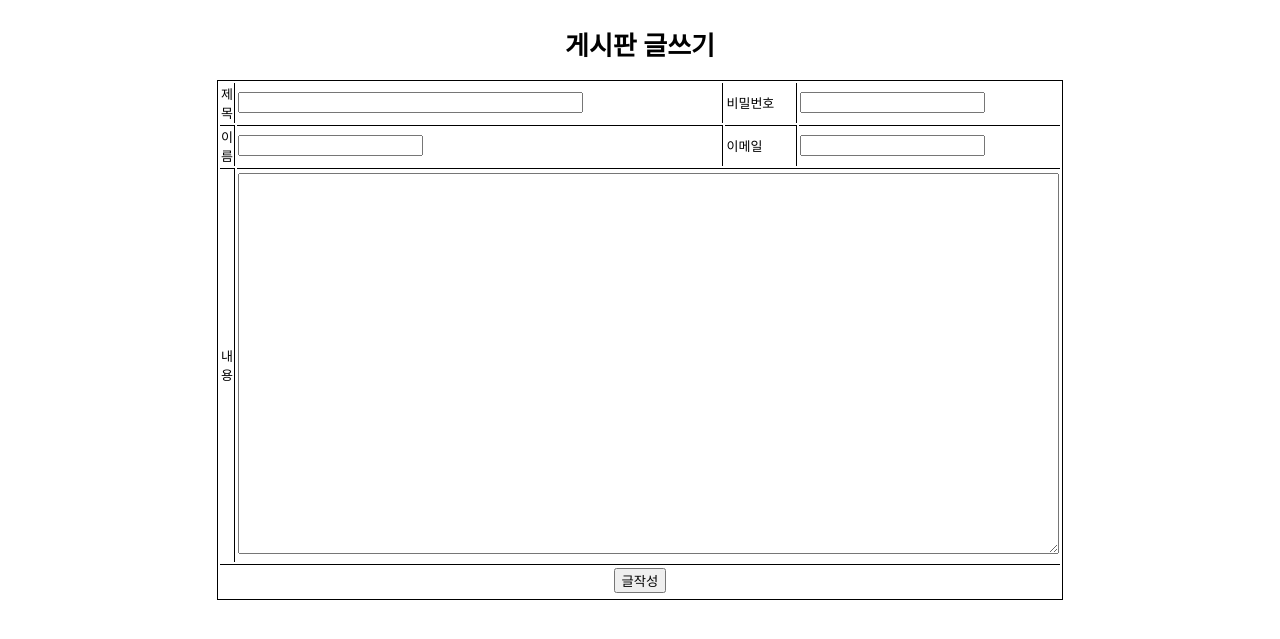
Repository: shbaksa/study
Page: http://localhost/mw_0617/test/write.jsp
These files come from the project's save history. The page is drawn as it stood at one moment and after the next save; the edit follows.
The browser window is 1280 px wide. The pictures show the whole page.
The page is served by Tomcat 9.

Above is the page before, as saved 2022-06-17 05:42:04.

### mw_0617/src/main/webapp/test/write.jsp
<%@ page language="java" contentType="text/html; charset=UTF-8"
    pageEncoding="UTF-8"%>
<!DOCTYPE html>
<html>
<head>
<meta charset="UTF-8">
<title>Insert title here</title>
<style>

table {
		border : 1px solid black;
		font-size : 13px;
	}
	td {
		border-right : 1px solid black;
		border-top : 1px solid black;
	}
	td:last-child {
		border-right : none;
	}
	tr {
		border-top : 1px solid black;
		border-bottom : 1px solid black;
	}
</style>

<script>
	function al() {

		if (!document.pkc.title.value){
			alert("제목빈칸");
			document.pkc.name.focus();
			return false;

		}

		else if(!document.pkc.mail.value){

			alert("메일빈칸");
			document.pkc.mail.focus();
			return false;
		}


	}

</script>
</head>
<body>

	<form name="pkc" method="post" action="write_ok.jsp" onsubmit="return al()">
	<table width="800" height="520" align="center">
	<caption><h1>게시판 글쓰기 </h1></caption>
	<tr> <!-- 4 -->
	<td style="border-top:none;" width="100" height="30">제목</td>
	<td style="border-top:none;"><input type="text" name="title" size="40" ></td>
	<td style="border-top:none;">비밀번호</td>
	<td style="border-top:none;"><input type="password" name="pwd"></td>
	</tr>
	<tr> <!-- 4 -->
	<td height="30">이름</td>
	<td><input type="text" name="name"> </td>
	<td>이메일</td>
	<td><input type="text" name="mail"> </td>
	</tr>
	<tr> <!-- 2 -->
	<td>내용</td>
	<td colspan="3"><textarea cols="100" rows="25" name="content"> </textarea></td>
	</tr>
	<tr> <!-- 1 -->
	<td colspan="4" height="30" align="center"><input type="submit" value="글작성"></td>
	</tr>
	</table>
	</form>

</body>
</html>

After the next save:
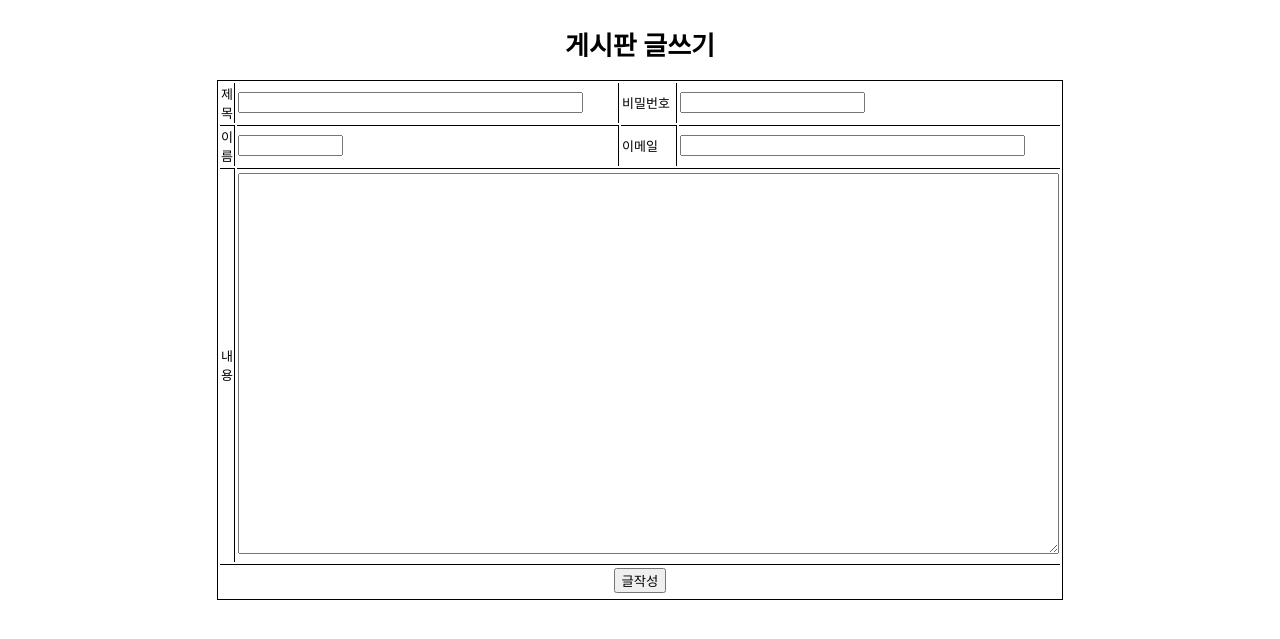
Saved 17 s later.
--- a/mw_0617/src/main/webapp/test/write.jsp
+++ b/mw_0617/src/main/webapp/test/write.jsp
@@ -59,9 +59,9 @@ table {
 	</tr>
 	<tr> <!-- 4 -->
 	<td height="30">이름</td>
-	<td><input type="text" name="name"> </td>
+	<td><input type="text" name="name" size="10"> </td>
 	<td>이메일</td>
-	<td><input type="text" name="mail"> </td>
+	<td><input type="text" name="mail" size="40"> </td>
 	</tr>
 	<tr> <!-- 2 -->
 	<td>내용</td>
